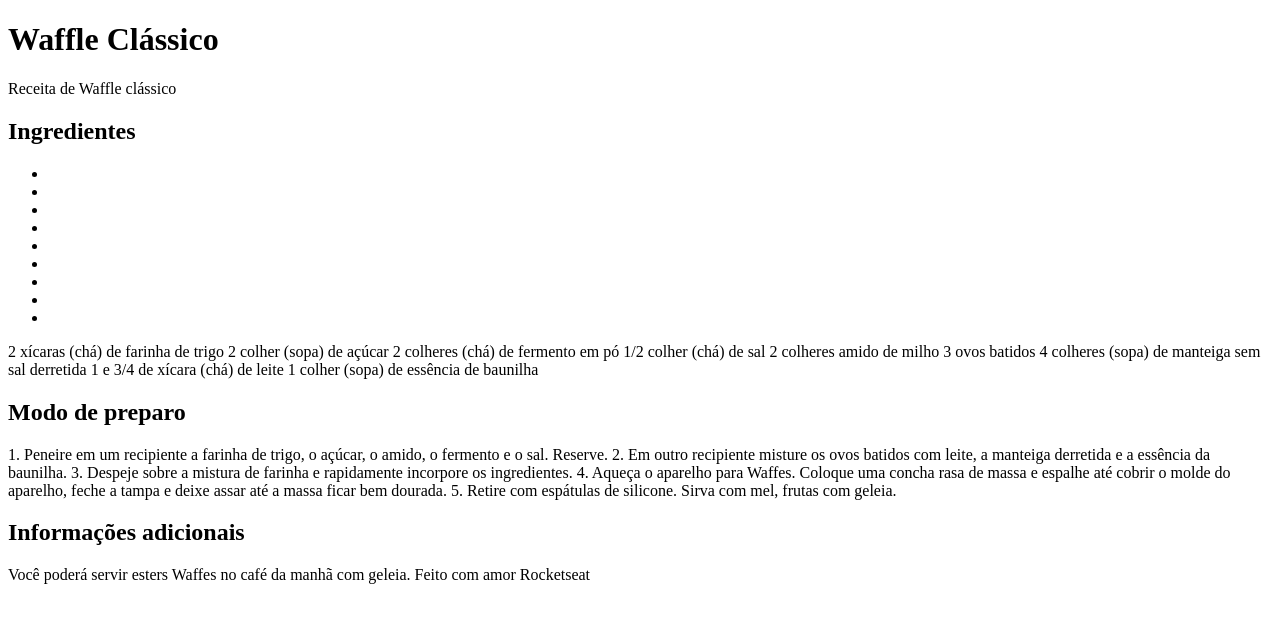
Repository: mferoc/MentoriaMais1CodeG7
Page: desafios-rocketseat-discover/Pagina_de_Receita/Página de Receita/index.html
An editor plug-in stored every save of this project. The page is shown before and after a run of saves, followed by the edit.
The browser window is 1280 px wide. The pictures show the whole page.

Above is the page before, as saved 2022-06-29 20:18:41.

After the next 4 saves:
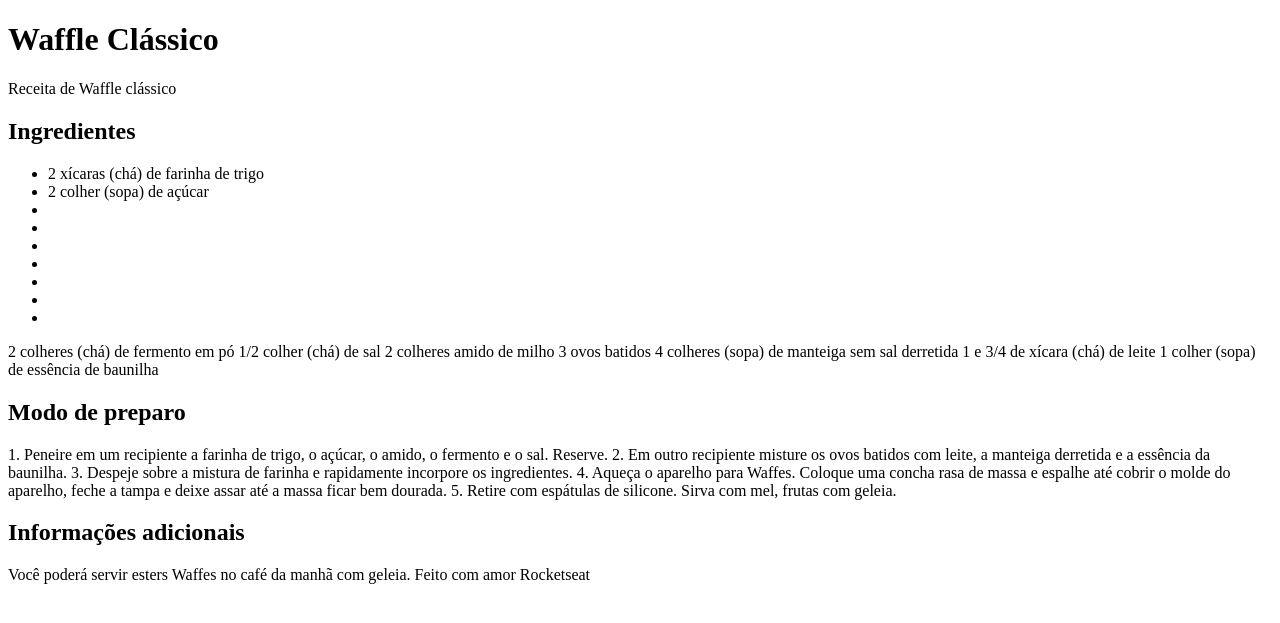
The 4 saves are shown as one change because they came seconds apart.
The last was saved 12 s later.
--- a/desafios-rocketseat-discover/Pagina_de_Receita/Página de Receita/index.html
+++ b/desafios-rocketseat-discover/Pagina_de_Receita/Página de Receita/index.html
@@ -15,8 +15,8 @@
 <h2>Ingredientes</h2>
 
 <ul>
-    <li></li>
-    <li></li>
+    <li>2 xícaras (chá) de farinha de trigo</li>
+    <li>2 colher (sopa) de açúcar</li>
     <li></li>
     <li></li>
     <li></li>
@@ -25,8 +25,8 @@
     <li></li>
     <li></li>
 </ul>
-2 xícaras (chá) de farinha de trigo
-2 colher (sopa) de açúcar
+
+
 2 colheres (chá) de fermento em pó
 1/2 colher (chá) de sal
 2 colheres amido de milho
